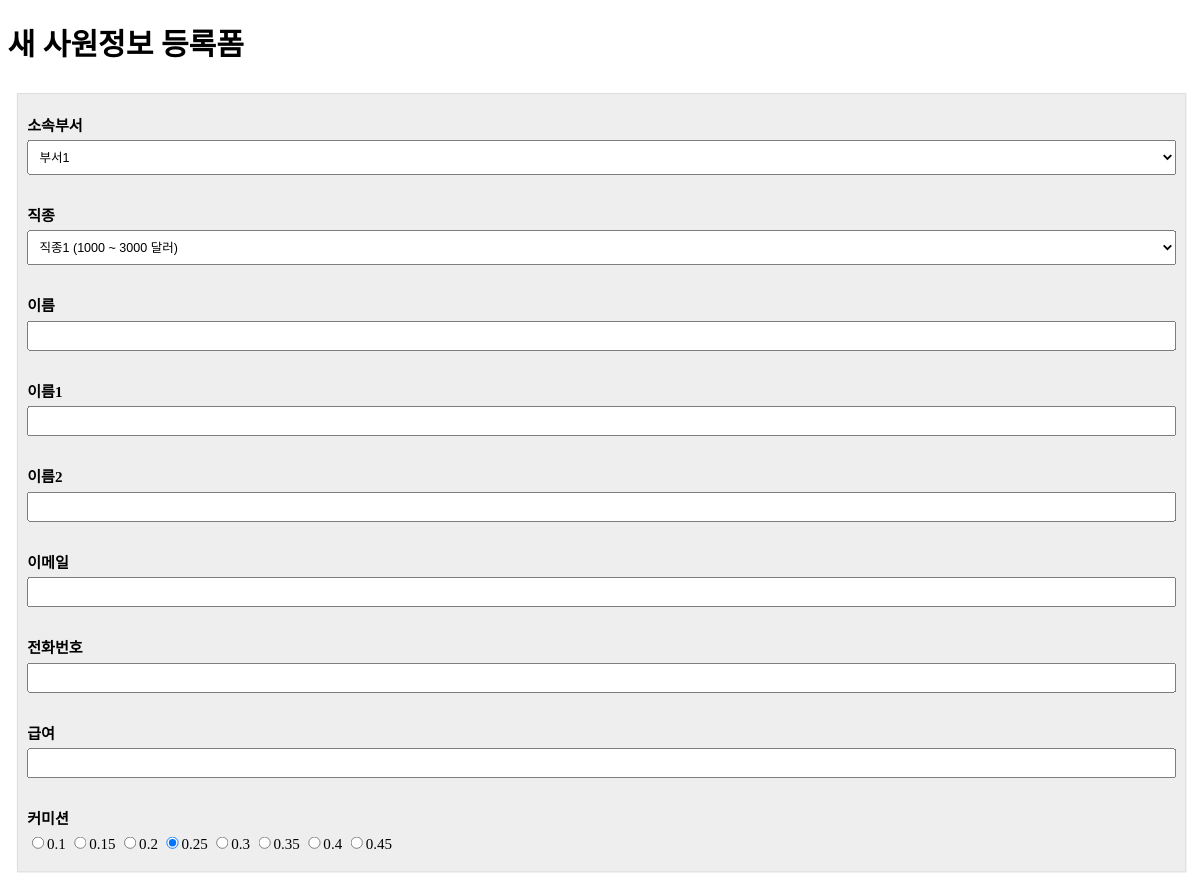
Repository: benpark0613/basic
Page: http://localhost/sample/hr/emp/form.jsp
An editor plug-in stored every save of this project. The page is shown before and after the next save, followed by the edit.
The browser window is 1280 px wide. The pictures show the whole page, at 94% of full size.
The page is served by Tomcat 9. Other server files are loaded and not shown.

Above is the page before, as saved 2021-11-12 05:35:51.

### HR_app/sample/src/main/webapp/hr/emp/form.jsp
<%@ page language="java" contentType="text/html; charset=UTF-8"
    pageEncoding="UTF-8"%>
<!DOCTYPE html>
<html>
<head>
<meta charset="UTF-8">
<link rel="stylesheet" type="text/css" href="../../resources/css/style.css">
<title>사원정보관리::등록폼</title>
</head>
<body>
	<h1>새 사원정보 등록폼</h1>

	<div>
		<form class="well" method="post" action="register.jsp">
			<div class="form-group">
				<label>소속부서</label>
				<select name="deptId">
					<option value="">부서1</option>
					<option value="">부서2</option>
					<option value="">부서3</option>
				</select>
			</div>
			<div class="form-group">
				<label>직종</label>
				<select name="jobId">
					<option value="">직종1 (1000 ~ 3000 달러)</option>
					<option value="">직종2 (3000 ~ 5000 달러)</option>
					<option value="">직종3 (5000 ~ 10000 달러)</option>
				</select>
			</div>
			<div class="form-group">
				<label>이름</label>
				<input type="text" name="firstName" />
			</div>
			<div class="form-group">
				<label>이름1</label>
				<input type="text" name="firstName" />
			</div>
			<div class="form-group">
				<label>이름2</label>
				<input type="text" name="lastName" />
			</div>
			<div class="form-group">
				<label>이메일</label>
				<input type="text" name="email" />
			</div>
			<div class="form-group">
				<label>전화번호</label>
				<input type="text" name="phoneNumber" />
			</div>
			<div class="form-group">
				<label>급여</label>
				<input type="number" name="salary" />
			</div>
			<div class="form-group">
				<label>커미션</label>
				<input type="radio" name="commissionPct" value="0.1" />0.1
				<input type="radio" name="commissionPct" value="0.15" />0.15
				<input type="radio" name="commissionPct" value="0.2" />0.2
				<input type="radio" name="commissionPct" value="0.25" checked="checked" />0.25
				<input type="radio" name="commissionPct" value="0.3" />0.3
				<input type="radio" name="commissionPct" value="0.35" />0.35
				<input type="radio" name="commissionPct" value="0.4" />0.4
				<input type="radio" name="commissionPct" value="0.45" />0.45
			</div>
		</form>
	</div>
</body>
</html>

### HR_app/sample/src/main/webapp/resources/css/style.css
@charset "UTF-8";

* {
	box-sizing: border-box;
}

div {
	margin: 10px 0;
	padding: 10px;
}

table {
	width: 100%;
	border-collapse: collapse;
}

th, td {
	padding: 8px;
	text-align: left;
	border: 1px solid black;
}

thead th {
	background-color: #0072B5;
	color: white;
	font-weight: bolder;
}

.text-center {
	text-align: center;
}
.text-left {
	text-align: left;
}
.text-right {
	text-align: right;
}
.form-group {
	margin-bottom: 10px;
}
.form-group label {
	display: block;
	font-weight: bold;
	margin-bottom: 5px;
}
.form-group input[type='text'],
	.form-group input[type='password'],
	.form-group input[type='number'],
	.form-group input[type='date'] {
		height: 32px;
		width: 100%;
		padding-left: 8px
}
.form-group select {
	height: 37px;
	width: 100%;
	padding-left: 8px
}

.form-group textarea {
	width: 100%;
	padding: 8px;
}
.btn {
	padding: 7px 25px;
    font-weight: bold;
    border: 1px solid black;
    font-size: 17px;
    background-color: white;
    text-decoration: none;
}
a.btn:hover {
	color: black;
	text-decoration: none;
}
.well {
	background-color: #eee;
	border: 1px solid #ddd;
}

a:link, a:visited {
	text-decoration: none;
	color: black;
}
a:hover {
	color: blue;
	text-decoration: underline;
}

.pagination a {
	font-size: 16px;
	border: 1px solid black;
	padding: 5px 8px;
	margin: 3px;
}
.pagination a.active {
	font-weight: bolder;
	color: red;
	border-color: red;
}
.pagination a.disabled {
	color: lightgray;
	border-color: lightgray;

}
.pagination a.disabled:hover {
	color: lightgray;
	border-color: lightgray;
	text-decoration: none;
}

#wrapper {
	width: 1000px;
	margin: 10px auto;
}

After the next save:
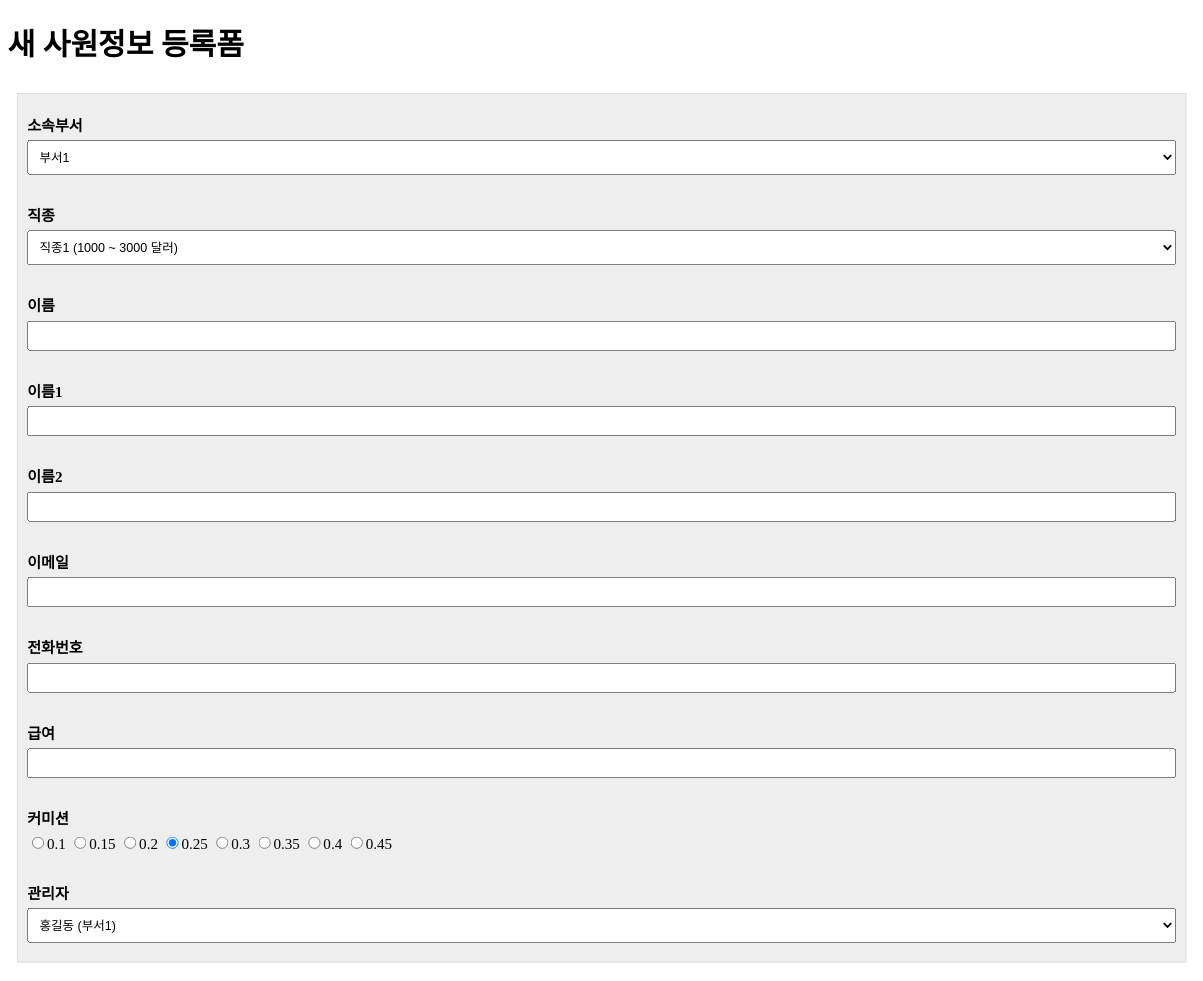
Saved 2 min 49 s later.
--- a/HR_app/sample/src/main/webapp/hr/emp/form.jsp
+++ b/HR_app/sample/src/main/webapp/hr/emp/form.jsp
@@ -63,6 +63,14 @@
 				<input type="radio" name="commissionPct" value="0.4" />0.4
 				<input type="radio" name="commissionPct" value="0.45" />0.45
 			</div>
+			<div class="form-group">
+				<label>관리자</label>
+				<select name="managerId">
+					<option value="">홍길동 (부서1)</option>
+					<option value="">강강참 (부서2)</option>
+					<option value="">김유신 (부서3)</option>
+				</select>
+			</div>
 		</form>
 	</div>
 </body>
